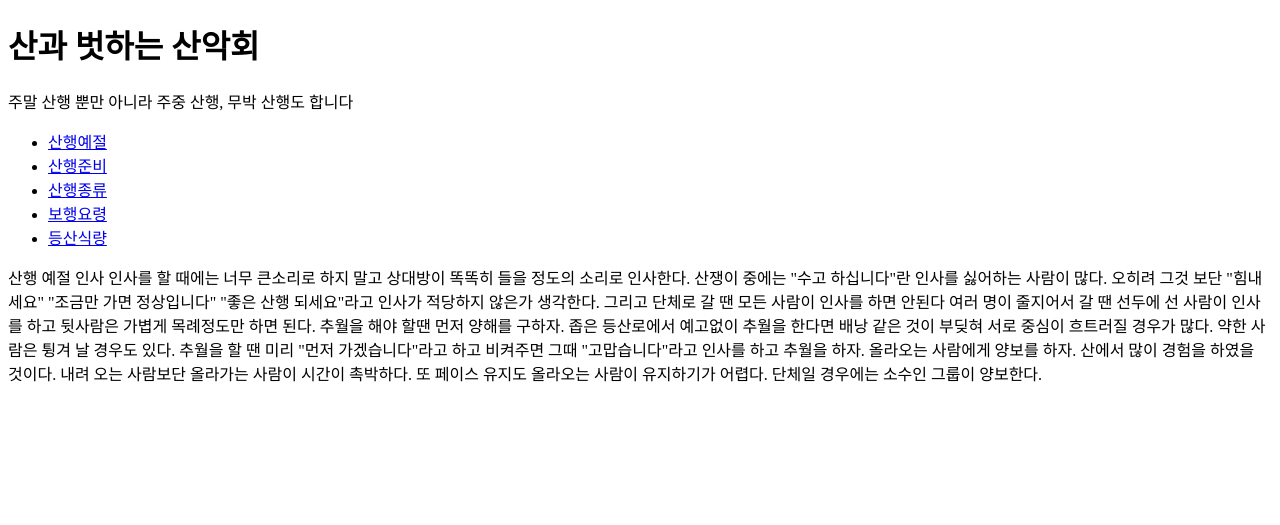
Repository: angelSuho/KCC_Learning_Repo
Page: Html/WebContent/sample01.html
The author's editor kept a copy of each file at every save. The page is drawn from the files as they stood at one save, then again after the next save.
The browser window is 1280 px wide. The pictures show the whole page.

Above is the page before, as saved 2024-07-08 06:48:23.

### Html/WebContent/sample01.html
<!DOCTYPE html>
<html>
<head>
<meta charset="UTF-8">
<title>Insert title here</title>
</head>
<body>
	<header>
		<h1>산과 벗하는 산악회</h1>
		<p>주말 산행 뿐만 아니라 주중 산행, 무박 산행도 합니다</p>
	</header>

	<nav>
	<ul>
		<li><a href="#">산행예절</a></li>
		<li><a href="#">산행준비</a></li>
		<li><a href="#">산행종류</a></li>
		<li><a href="#">보행요령</a></li>
		<li><a href="#">등산식량 </a></li>
	</ul>
	</nav>




산행 예절


인사

인사를 할 때에는 너무 큰소리로 하지 말고 상대방이 똑똑히 들을 정도의 소리로 인사한다. 산쟁이 중에는 "수고 하십니다"란 인사를 싫어하는 사람이 많다. 오히려 그것 보단 "힘내세요" "조금만 가면 정상입니다" "좋은 산행 되세요"라고 인사가 적당하지 않은가 생각한다. 그리고 단체로 갈 땐 모든 사람이 인사를 하면 안된다 여러 명이 줄지어서 갈 땐 선두에 선 사람이 인사를 하고 뒷사람은 가볍게 목례정도만 하면 된다.

추월을 해야 할땐 먼저 양해를 구하자.

좁은 등산로에서 예고없이 추월을 한다면 배낭 같은 것이 부딪혀 서로 중심이 흐트러질 경우가 많다. 약한 사람은 튕겨 날 경우도 있다. 추월을 할 땐 미리 "먼저 가겠습니다"라고 하고 비켜주면 그때 "고맙습니다"라고 인사를 하고 추월을 하자.

올라오는 사람에게 양보를 하자.

산에서 많이 경험을 하였을 것이다. 내려 오는 사람보단 올라가는 사람이 시간이 촉박하다. 또 페이스 유지도 올라오는 사람이 유지하기가 어렵다. 단체일 경우에는 소수인 그룹이 양보한다.
</body>
</html>

After the next save:
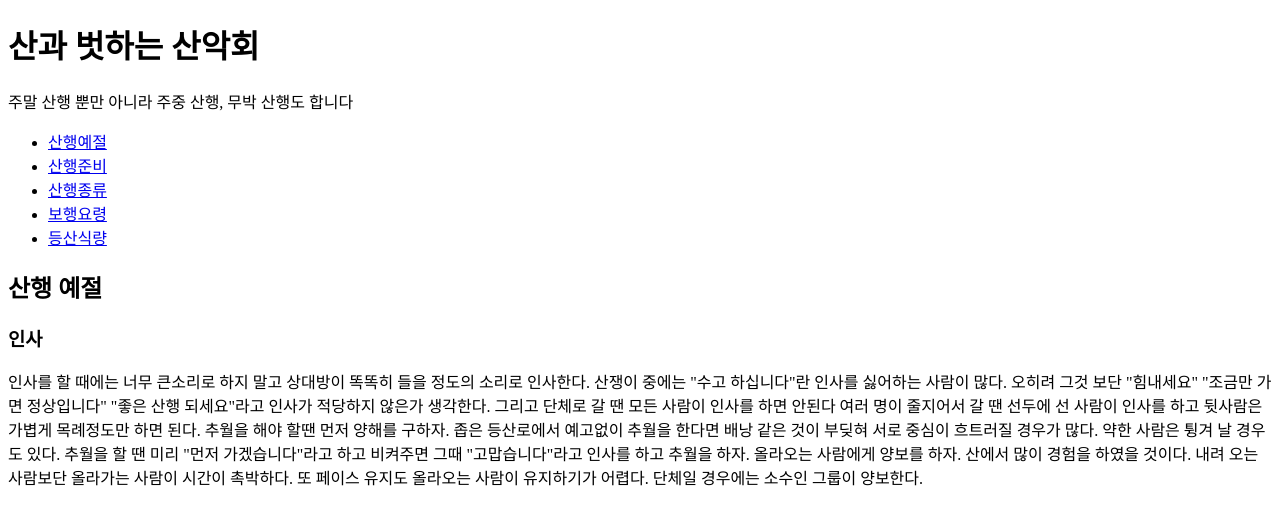
Saved 2 min 30 s later.
--- a/Html/WebContent/sample01.html
+++ b/Html/WebContent/sample01.html
@@ -20,13 +20,21 @@
 	</ul>
 	</nav>
 
+	<section id="manner">
+		<header>
+		<h2>산행 예절</h2>
+		</header>
+		<section id="greeting">
+			<header>
+				<h3>인사</h3>
+			</header>
+			<div>
+			</div>
+		</section>
+
+	</section>
 
 
-
-산행 예절
-
-
-인사
 
 인사를 할 때에는 너무 큰소리로 하지 말고 상대방이 똑똑히 들을 정도의 소리로 인사한다. 산쟁이 중에는 "수고 하십니다"란 인사를 싫어하는 사람이 많다. 오히려 그것 보단 "힘내세요" "조금만 가면 정상입니다" "좋은 산행 되세요"라고 인사가 적당하지 않은가 생각한다. 그리고 단체로 갈 땐 모든 사람이 인사를 하면 안된다 여러 명이 줄지어서 갈 땐 선두에 선 사람이 인사를 하고 뒷사람은 가볍게 목례정도만 하면 된다.
 
